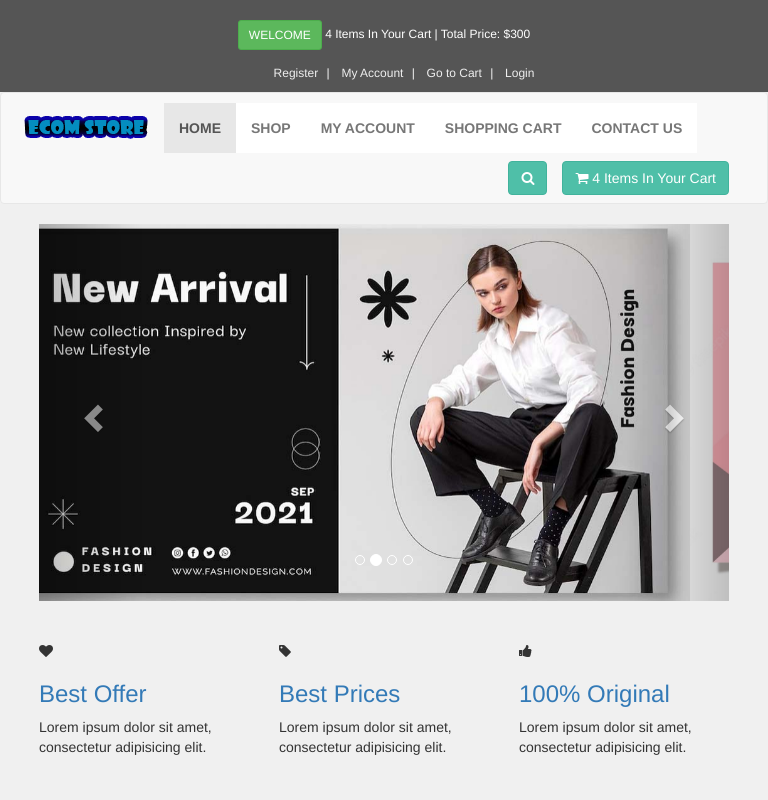
Repository: truonghuynhquy/M_Dev_Store
Page: http://localhost/
These files come from the project's save history. The page is drawn as it stood at one moment and after the next save; the edit follows.
The browser window is 768 px wide. The pictures show the whole page.
The page is run by PHP 8.4 with error messages shown; the project is at /var/www/html/.

Above is the page before, as saved 2022-09-22 12:33:22.

### index.php
<!DOCTYPE html>
<html lang="en">

<head>
    <meta charset="UTF-8">
    <meta http-equiv="X-UA-Compatible" content="IE=edge">
    <meta name="viewport" content="width=device-width, initial-scale=1.0">
    <title>M-Dev Shop</title>
    <link rel="stylesheet" href="styles/bootstrap-337.min.css">
    <link rel="stylesheet" href="styles/style.css">
    <link rel="stylesheet" href="font-awsome/css/font-awesome.min.css">
</head>

<body>
    <div id="top">
        <!--  Top:     Begin  -->

        <div class="container">
            <!--  Container:     Begin  -->
            <div class="col-md-6 offer">
                <!--  col-md-6 offer:     Begin  -->
                <a href="#" class="btn btn-success btn-sm">Welcome</a>
                <a href="checkout.php">4 Items In Your Cart | Total Price: $300</a>
            </div><!--  col-md-6:     Finish  -->

            <div class="col md-6">
                <!--  col-md-6:     Begin  -->

                <ul class="menu">
                    <!--  menu:     Begin  -->
                    <li>
                        <a href="customer_register.php">Register</a>
                    </li>
                    <li>
                        <a href="checkout.php">My Account</a>
                    </li>
                    <li>
                        <a href="cart.php">Go to Cart</a>
                    </li>
                    <li>
                        <a href="checkout.php">Login</a>
                    </li>

                </ul><!--  menu:     Finish  -->

            </div><!--  col-md-6:     Finish  -->

        </div><!--  Container:     Finish  -->

    </div><!--  Top:    Finish  -->

    <div id="navbar" class="navbar navbar-default">
        <!--  navbar navbar-default:    Begin  -->

        <div class="container">
            <!--  container:    Begin  -->

            <div class="nav-header">
                <!--  nav-header:    Begin  -->

                <a href="index.php" class="navbar-brand home">
                    <!-- navbar-brand home Begin -->

                    <img src="images/ecom-store-logo.png" alt="M-dev-Store Logo" class="hidden-xs">
                    <img src="images/ecom-store-logo-mobile.png" alt="M-dev-Store Logo Mobile" class="visible-xs">

                </a><!-- navbar-brand home Finish -->

                <button class="navbar-toggle" data-toggle="collapse" data-target="#navigation">

                    <span class="sr-only">Toggle navigation</span>

                    <i class="fa fa-align-justify"></i>

                </button>

                <button class="navbar-toggle" data-toggle="collapse" data-target="#search">

                    <span class="sr-only">Toggle Search</span>

                    <i class="fa fa-search"></i>

                </button>

            </div><!--  nav-header:    Finish  -->

            <div class="collapse navbar-collapse" id="navigation">
                <!-- navbar-collapse collapse Begin -->

                <div class="padding-nav">
                    <!-- padding-nav Begin -->

                    <ul class="nav navbar-nav left">
                        <!-- nav navbar-nav left Begin -->

                        <li class="active">
                            <a href="index.php">Home</a>
                        </li>
                        <li>
                            <a href="shop.php">Shop</a>
                        </li>
                        <li>
                            <a href="checkout.php">My Account</a>
                        </li>
                        <li>
                            <a href="cart.php">Shopping Cart</a>
                        </li>
                        <li>
                            <a href="contact.php">Contact Us</a>
                        </li>

                    </ul><!-- nav navbar-nav left Finish -->

                </div><!-- padding-nav Finish -->

                <a href="cart.php" class="btn navbar-btn btn-primary right">

                    <!-- btn navbar-btn btn-primary Begin -->

                    <i class="fa fa-shopping-cart"></i>

                    <span>4 Items In Your Cart</span>

                </a><!-- btn navbar-btn btn-primary Finish -->

                <div class="navbar-collapse collapse right">
                    <!-- navbar-collapse collapse right Begin -->

                    <button class="btn btn-primary navbar-btn" type="button" data-toggle="collapse" data-target="#search">
                        <!-- btn btn-primary navbar-btn Begin -->

                        <span class="sr-only">Toggle Search</span>

                        <i class="fa fa-search"></i>

                </div><!-- navbar-collapse collapse right Finish -->

                <div class="collapse clearfix" id="search">
                    <!-- collapse clearfix Begin -->

                    <form method="get" action="results.php" class="navbar-form">
                        <!-- navbar-form Begin -->

                        <div class="input-group">
                            <!-- input-group Begin -->

                            <input type="text" class="form-control" placeholder="Search" name="user_query" required>

                            <span class="input-group-btn">
                                <!-- input-group-btn Begin -->

                                <button type="submit" name="search" value="Search" class="btn btn-primary">
                                    <!-- btn btn-primary Begin -->

                                    <i class="fa fa-search"></i>

                                </button><!-- btn btn-primary Finish -->

                            </span><!-- input-group-btn Finish -->

                        </div><!-- input-group Finish -->

                    </form><!-- navbar-form Finish -->

                </div><!-- collapse clearfix Finish -->

            </div><!-- navbar-collapse collapse Finish -->

        </div><!--  container:    Finish  -->

    </div><!--  navbar navbar-default:    Finish  -->

    <div class="container" id="slider">
        <!-- container Begin -->

        <div class="col-md-12">
            <!-- col-md-12 Begin -->

            <div class="carousel slide" id="myCarousel" data-ride="carousel">
                <!-- carousel slide Begin -->

                <ol class="carousel-indicators">
                    <!-- carousel-indicators Begin -->

                    <li class="active" data-target="#myCarousel" data-slide-to="0"></li>
                    <li data-target="#myCarousel" data-slide-to="1"></li>
                    <li data-target="#myCarousel" data-slide-to="2"></li>
                    <li data-target="#myCarousel" data-slide-to="3"></li>

                </ol><!-- carousel-indicators Finish -->

                <div class="carousel-inner">
                    <!-- carousel-inner Begin -->

                    <div class="item active">

                        <img src="admin_area/slides_images/slider-1.jpg" alt="Slider Image 1">

                    </div>

                    <div class="item">

                        <img src="admin_area/slides_images/slider-2.jpg" alt="Slider Image 2">

                    </div>

                    <div class="item">

                        <img src="admin_area/slides_images/slider-3.jpg" alt="Slider Image 3">

                    </div>

                    <div class="item">

                        <img src="admin_area/slides_images/slider-4.jpg" alt="Slider Image 4">

                    </div>

                </div><!-- carousel-inner Finish -->

                <a href="#myCarousel" class="left carousel-control" data-slide="prev">
                    <!-- left carousel-control Begin -->

                    <span class="glyphicon glyphicon-chevron-left"></span>
                    <span class="sr-only">Previous</span>

                </a><!-- left carousel-control Finish -->

                <a href="#myCarousel" class="right carousel-control" data-slide="next">
                    <!-- left carousel-control Begin -->

                    <span class="glyphicon glyphicon-chevron-right"></span>
                    <span class="sr-only">Next</span>

                </a><!-- left carousel-control Finish -->

            </div><!-- carousel slide  Finish -->

        </div><!-- col-md-12 Finish -->

    </div><!-- container Finish -->

    <div id="advantages">
        <!-- #advantages Begin -->

        <div class="container">
            <!-- container Begin -->

            <div class="same-height-row">
                <!-- same-height-row Begin -->

                <div class="col-sm-4">
                    <!-- col-sm-4 Begin -->

                    <div class="box same-height">
                        <!-- box same-height Begin -->

                        <div class="icon">
                            <!-- icon Begin -->

                            <i class="fa fa-heart"></i>

                        </div><!-- icon Finish -->

                        <h3><a href="#">Best Offer</a></h3>

                        <p>Lorem ipsum dolor sit amet, consectetur adipisicing elit. </p>

                    </div><!-- box same-height Finish -->

                </div><!-- col-sm-4 Finish -->

                <div class="col-sm-4">
                    <!-- col-sm-4 Begin -->

                    <div class="box same-height">
                        <!-- box same-height Begin -->

                        <div class="icon">
                            <!-- icon Begin -->

                            <i class="fa fa-tag"></i>

                        </div><!-- icon Finish -->

                        <h3><a href="#">Best Prices</a></h3>

                        <p>Lorem ipsum dolor sit amet, consectetur adipisicing elit.</p>

                    </div><!-- box same-height Finish -->

                </div><!-- col-sm-4 Finish -->

                <div class="col-sm-4">
                    <!-- col-sm-4 Begin -->

                    <div class="box same-height">
                        <!-- box same-height Begin -->

                        <div class="icon">
                            <!-- icon Begin -->

                            <i class="fa fa-thumbs-up"></i>

                        </div><!-- icon Finish -->

                        <h3><a href="#">100% Original</a></h3>

                        <p>Lorem ipsum dolor sit amet, consectetur adipisicing elit.</p>

                    </div><!-- box same-height Finish -->

                </div><!-- col-sm-4 Finish -->

            </div><!-- same-height-row Finish -->

        </div><!-- container Finish -->

    </div><!-- #advantages Finish -->


    <script src="js/jquery-331.min.js"></script>
    <script src="js/bootstrap-337.min.js"></script>


</body>

</html>

### styles/style.css
/* Generated Styles */

body {
    font-size: 14px;
    line-height: 1.428571429;
    color: #333333;
    background-color: #f0f0f0;
    overflow: hidden;
}

/* Top Styles */

#top {
    background-color: #555555;
    padding: 10px 0;
}
#top .offer {
    color: #ffffff;
}
#top .offer .btn {
    text-transform: uppercase;
}
@media (max-width: 991px) {
    #top .offer {
        padding: 10px;
    }
}
@media (max-width: 991px) {
    #top {
        font-size: 12px;
        text-align: center;
    }
}
#top a {
    color: #ffffff;
}
#top ul.menu {
    padding-top: 5px;
    margin: 0px;
    text-align: right;
    font-size: 12px;
    list-style: none;
}
@media (max-width: 991px) {
    #top ul.menu {
        text-align: center;
    }
}
#top ul.menu > li {
    display: inline-block;
}
#top ul.menu > li a {
    color: #eeeeee;
}
#top ul.menu > li + li::before {
    content: "|\00a0";
    color: #f7f7f7;
    padding: 0 5px;
}

/* Header Styles */

.nav {
    background: #ffffff;
}

.navbar-collapse .right {
    float: right;
}

.navbar-brand {
    float: left;
    padding: 10px 15px;
    font-size: 20px;
    line-height: 20px;
    height: 70px;
}

.navbar-brand:hover,
.navbar-brand:focus {
    text-decoration: none;
}

.navbar ul.nav > li > a {
    text-transform: uppercase;
    font-weight: bold;
    font-size: 14px;
}

.navbar ul.nav > li > a:hover {
    background-color: #e7e7e7;
}

.padding-nav {
    padding-top: 10px;
}

.btn-primary {
    color: rgb(255, 255, 255);
    background: rgb(79, 191, 168);
    border-color: rgb(65, 179, 156);
}

#search .navbar-form {
    float: right;
}

#search {
    clear: both;
    border-top: solid 1px #9adacd;
    text-align: right;
}

#search .navbar-form .input-group {
    display: table;
}
#search .navbar-form .input-group .form-control {
    width: 100%;
}

#slider{
    margin-bottom: 40px;
}

Loaded but not shown: styles/bootstrap-337.min.css (library); font-awsome/css/font-awesome.min.css (library); js/jquery-331.min.js (library); js/bootstrap-337.min.js (library)

After the next save:
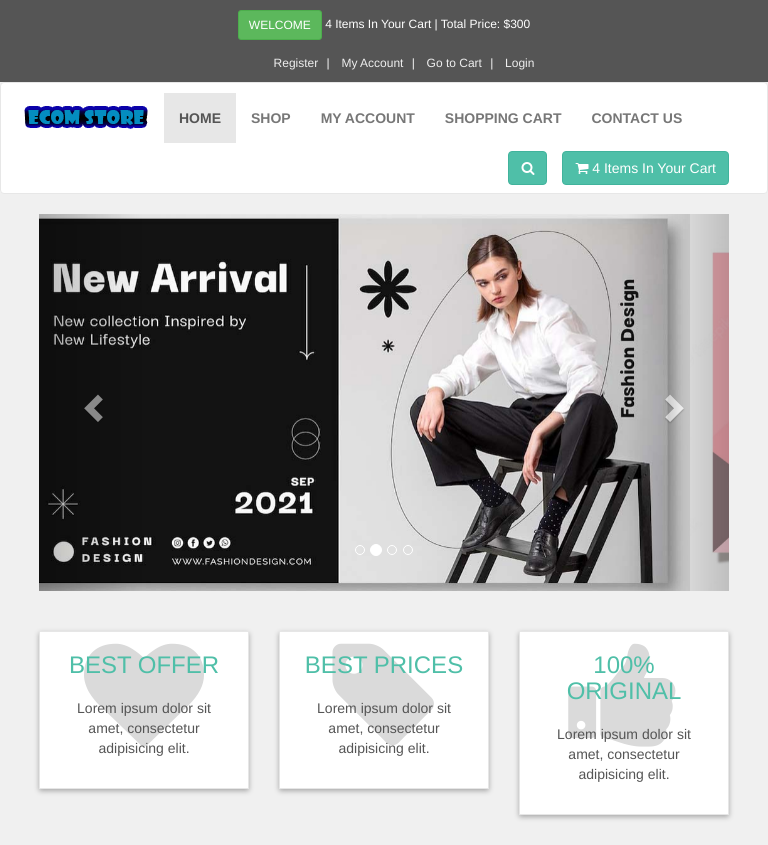
Saved 18 s later.
--- a/styles/style.css
+++ b/styles/style.css
@@ -1,58 +1,66 @@
-/* Generated Styles */
+/*
+Template Name     : M-Dev Store
+Author Name       : MrGhie
+Author Email      : mugianto1nd@gmail.com
+Theme URI         : www.m-dev-store.com | localhost/m-dev-store
+Theme Ver         : 1.1
+*/
 
-body {
+/* General Styles */
+
+body{
     font-size: 14px;
-    line-height: 1.428571429;
+    line-height: 1.42857143;
     color: #333333;
-    background-color: #f0f0f0;
-    overflow: hidden;
+    background: #f0f0f0;
+    overflow-x: hidden;
 }
 
 /* Top Styles */
 
-#top {
-    background-color: #555555;
+#top{
+    background: #555555;
     padding: 10px 0;
 }
-#top .offer {
+#top .offer{
     color: #ffffff;
 }
-#top .offer .btn {
+#top .offer .btn{
     text-transform: uppercase;
 }
-@media (max-width: 991px) {
-    #top .offer {
-        padding: 10px;
+@media(max-width: 991px){
+    #top .offer{
+        margin-bottom: 10px;
     }
 }
-@media (max-width: 991px) {
-    #top {
+@media(max-width: 991px){
+    #top{
         font-size: 12px;
         text-align: center;
     }
 }
-#top a {
+#top a{
     color: #ffffff;
 }
-#top ul.menu {
+#top ul.menu{
     padding-top: 5px;
     margin: 0px;
     text-align: right;
     font-size: 12px;
     list-style: none;
 }
-@media (max-width: 991px) {
-    #top ul.menu {
+@media(max-width: 991px){
+    #top ul.menu{
         text-align: center;
     }
 }
-#top ul.menu > li {
+#top ul.menu > li{
     display: inline-block;
 }
-#top ul.menu > li a {
+#top ul.menu > li a{
     color: #eeeeee;
 }
-#top ul.menu > li + li::before {
+#top ul.menu > li + li:before{
     content: "|\00a0";
     color: #f7f7f7;
     padding: 0 5px;
@@ -60,64 +68,98 @@
 
 /* Header Styles */
 
-.nav {
+.navbar{
     background: #ffffff;
 }
-
-.navbar-collapse .right {
+.navbar-collapse .right{
     float: right;
 }
-
-.navbar-brand {
+.navbar-brand{
     float: left;
     padding: 10px 15px;
-    font-size: 20px;
+    font-size: 18px;
     line-height: 20px;
     height: 70px;
 }
-
 .navbar-brand:hover,
-.navbar-brand:focus {
+.navbar-brand:focus{
     text-decoration: none;
 }
-
-.navbar ul.nav > li > a {
+.navbar ul.nav > li > a{
     text-transform: uppercase;
     font-weight: bold;
     font-size: 14px;
 }
-
-.navbar ul.nav > li > a:hover {
-    background-color: #e7e7e7;
+.navbar ul.nav > li > a:hover{
+    background: #e7e7e7;
 }
-
-.padding-nav {
+.padding-nav{
     padding-top: 10px;
 }
-
-.btn-primary {
+.btn-primary{
     color: rgb(255, 255, 255);
     background: rgb(79, 191, 168);
     border-color: rgb(65, 179, 156);
 }
-
-#search .navbar-form {
+#search .navbar-form{
     float: right;
 }
-
-#search {
+#search{
     clear: both;
     border-top: solid 1px #9adacd;
     text-align: right;
 }
-
-#search .navbar-form .input-group {
+#search .navbar-form .input-group{
     display: table;
 }
-#search .navbar-form .input-group .form-control {
+#search .navbar-form .input-group .form-control{
     width: 100%;
 }
-
 #slider{
     margin-bottom: 40px;
 }
+
+/* advantages Styles */
+
+#advantages{
+    text-align: center;
+}
+#advantages .box{
+    background: #ffffff;
+    margin: 0 0 30px;
+    border: solid 1px #e6e6e6;
+    box-sizing: border-box;
+    padding: 20px;
+    box-shadow: 0px 2px 5px rgba(0, 0, 0, .3);
+}
+#advantages .box .icon{
+    position: absolute;
+    font-size: 120px;
+    width: 100%;
+    text-align: center;
+    top: -20px;
+    left: 0px;
+    height: 100%;
+    float: left;
+    color: #dadada;
+    box-sizing: border-box;
+    z-index: 1;
+}
+#advantages .box h3{
+    position: relative;
+    margin: 0 0 20px;
+    font-weight: 300;
+    text-transform: uppercase;
+    z-index: 2;
+}
+#advantages .box h3 a{
+    color: #4fbfa8;
+}
+#advantages .box h3 a:hover{
+    text-decoration: none;
+}
+#advantages .box p{
+    position: relative;
+    z-index: 2;
+    color: #555555;
+}

After the save that followed:
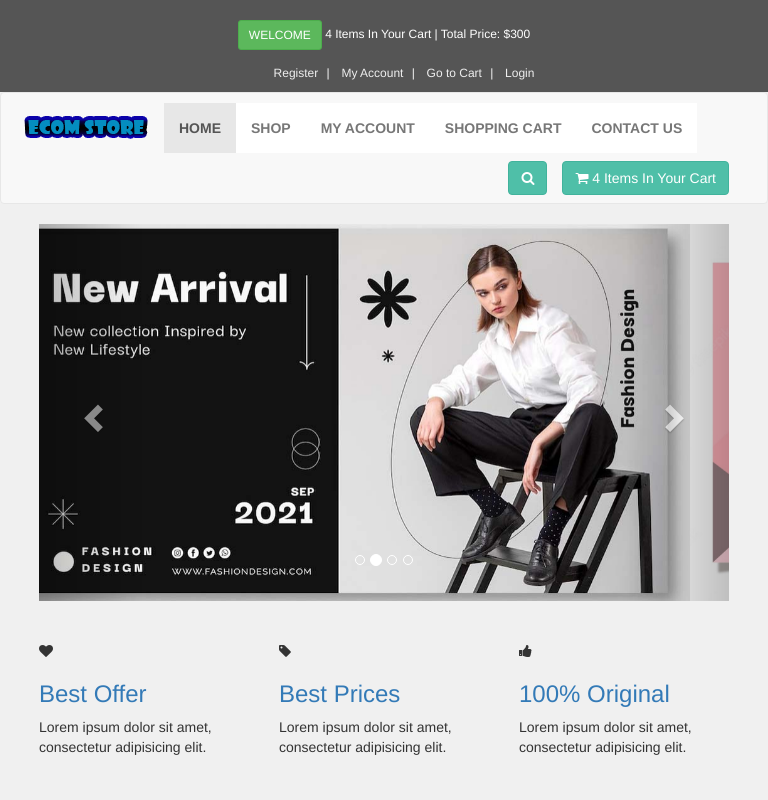
Saved 26 s later.
--- a/styles/style.css
+++ b/styles/style.css
@@ -1,66 +1,58 @@
-/*
-Template Name     : M-Dev Store
-Author Name       : MrGhie
-Author Email      : mugianto1nd@gmail.com
-Theme URI         : www.m-dev-store.com | localhost/m-dev-store
-Theme Ver         : 1.1
-*/
+/* Generated Styles */
 
-/* General Styles */
-
-body{
+body {
     font-size: 14px;
-    line-height: 1.42857143;
+    line-height: 1.428571429;
     color: #333333;
-    background: #f0f0f0;
-    overflow-x: hidden;
+    background-color: #f0f0f0;
+    overflow: hidden;
 }
 
 /* Top Styles */
 
-#top{
-    background: #555555;
+#top {
+    background-color: #555555;
     padding: 10px 0;
 }
-#top .offer{
+#top .offer {
     color: #ffffff;
 }
-#top .offer .btn{
+#top .offer .btn {
     text-transform: uppercase;
 }
-@media(max-width: 991px){
-    #top .offer{
-        margin-bottom: 10px;
+@media (max-width: 991px) {
+    #top .offer {
+        padding: 10px;
     }
 }
-@media(max-width: 991px){
-    #top{
+@media (max-width: 991px) {
+    #top {
         font-size: 12px;
         text-align: center;
     }
 }
-#top a{
+#top a {
     color: #ffffff;
 }
-#top ul.menu{
+#top ul.menu {
     padding-top: 5px;
     margin: 0px;
     text-align: right;
     font-size: 12px;
     list-style: none;
 }
-@media(max-width: 991px){
-    #top ul.menu{
+@media (max-width: 991px) {
+    #top ul.menu {
         text-align: center;
     }
 }
-#top ul.menu > li{
+#top ul.menu > li {
     display: inline-block;
 }
-#top ul.menu > li a{
+#top ul.menu > li a {
     color: #eeeeee;
 }
-#top ul.menu > li + li:before{
+#top ul.menu > li + li::before {
     content: "|\00a0";
     color: #f7f7f7;
     padding: 0 5px;
@@ -68,98 +60,64 @@
 
 /* Header Styles */
 
-.navbar{
+.nav {
     background: #ffffff;
 }
-.navbar-collapse .right{
+
+.navbar-collapse .right {
     float: right;
 }
-.navbar-brand{
+
+.navbar-brand {
     float: left;
     padding: 10px 15px;
-    font-size: 18px;
+    font-size: 20px;
     line-height: 20px;
     height: 70px;
 }
+
 .navbar-brand:hover,
-.navbar-brand:focus{
+.navbar-brand:focus {
     text-decoration: none;
 }
-.navbar ul.nav > li > a{
+
+.navbar ul.nav > li > a {
     text-transform: uppercase;
     font-weight: bold;
     font-size: 14px;
 }
-.navbar ul.nav > li > a:hover{
-    background: #e7e7e7;
+
+.navbar ul.nav > li > a:hover {
+    background-color: #e7e7e7;
 }
-.padding-nav{
+
+.padding-nav {
     padding-top: 10px;
 }
-.btn-primary{
+
+.btn-primary {
     color: rgb(255, 255, 255);
     background: rgb(79, 191, 168);
     border-color: rgb(65, 179, 156);
 }
-#search .navbar-form{
+
+#search .navbar-form {
     float: right;
 }
-#search{
+
+#search {
     clear: both;
     border-top: solid 1px #9adacd;
     text-align: right;
 }
-#search .navbar-form .input-group{
+
+#search .navbar-form .input-group {
     display: table;
 }
-#search .navbar-form .input-group .form-control{
+#search .navbar-form .input-group .form-control {
     width: 100%;
 }
+
 #slider{
     margin-bottom: 40px;
 }
-
-/* advantages Styles */
-
-#advantages{
-    text-align: center;
-}
-#advantages .box{
-    background: #ffffff;
-    margin: 0 0 30px;
-    border: solid 1px #e6e6e6;
-    box-sizing: border-box;
-    padding: 20px;
-    box-shadow: 0px 2px 5px rgba(0, 0, 0, .3);
-}
-#advantages .box .icon{
-    position: absolute;
-    font-size: 120px;
-    width: 100%;
-    text-align: center;
-    top: -20px;
-    left: 0px;
-    height: 100%;
-    float: left;
-    color: #dadada;
-    box-sizing: border-box;
-    z-index: 1;
-}
-#advantages .box h3{
-    position: relative;
-    margin: 0 0 20px;
-    font-weight: 300;
-    text-transform: uppercase;
-    z-index: 2;
-}
-#advantages .box h3 a{
-    color: #4fbfa8;
-}
-#advantages .box h3 a:hover{
-    text-decoration: none;
-}
-#advantages .box p{
-    position: relative;
-    z-index: 2;
-    color: #555555;
-}
